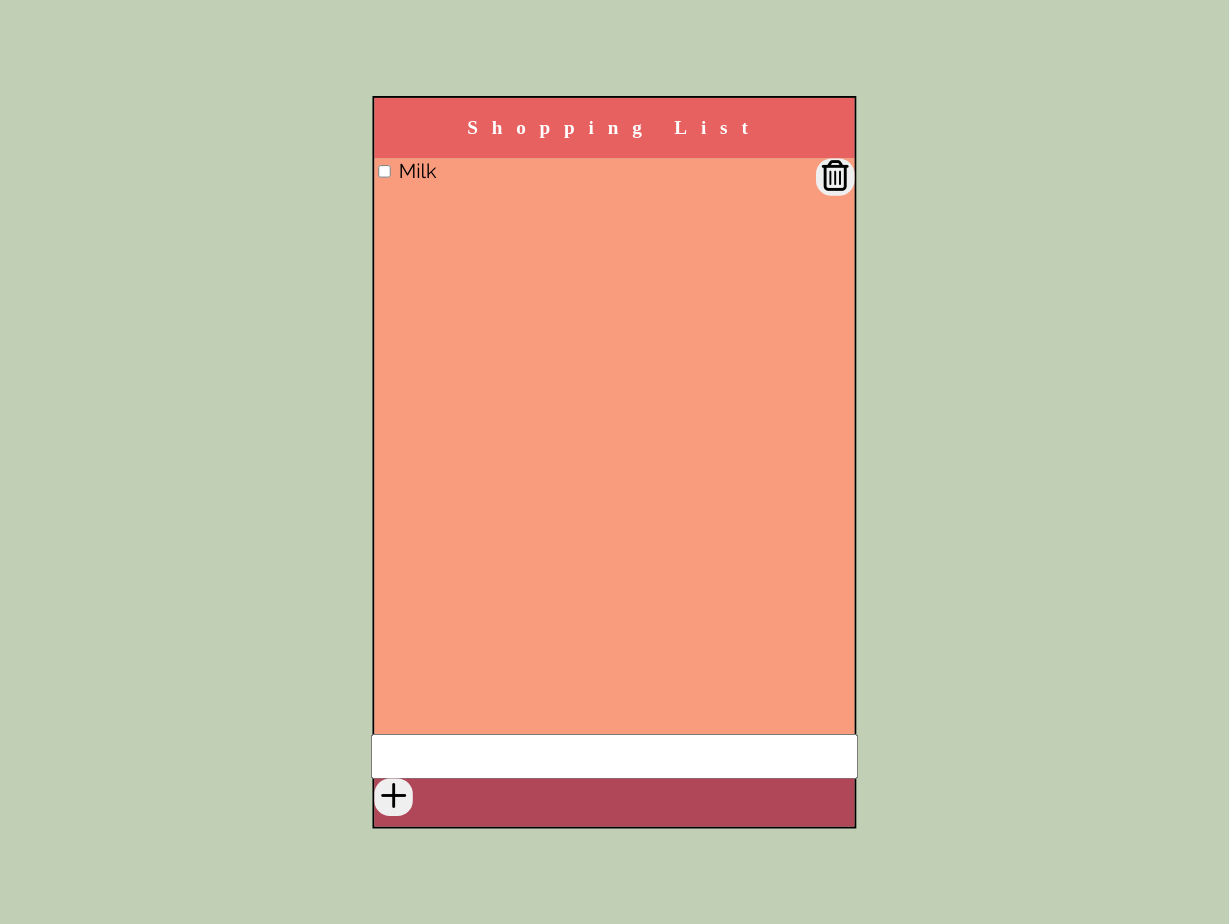
Repository: sephinejo/shopping-list-app
Page: index.html
The author's editor kept a copy of each file at every save. The page is drawn from the files as they stood at one save, then again after the next save.
The browser window is 1280 px wide. The pictures show the whole page, at 96% of full size.
Some web fonts or font styles are not loaded; a fallback is used. Some web libraries are served in a nearby version.

Above is the page before, as saved 2023-05-11 22:51:56.

### index.html
<!DOCTYPE html>
<html lang="en">
  <head>
    <meta charset="UTF-8" />
    <meta http-equiv="X-UA-Compatible" content="IE=edge" />
    <meta name="viewport" content="width=device-width, initial-scale=1.0" />
    <title>Shopping List 🛍️🛒</title>
    <link rel="preconnect" href="https://fonts.googleapis.com" />
    <link rel="preconnect" href="https://fonts.gstatic.com" crossorigin />
    <link
      href="https://fonts.googleapis.com/css2?family=Alice&family=Raleway:wght@400;600;700;800&display=swap"
      rel="stylesheet"
    />
    <script
      src="https://kit.fontawesome.com/9ac80604cb.js"
      crossorigin="anonymous"
    ></script>
    <script src="main.js" defer></script>
    <link rel="stylesheet" href="style.css" />
  </head>
  <body>
    <div class="container">
      <header>
        <p class="title">Shopping List</p>
      </header>
      <ul class="items">
        <li class="item">
          <div class="item__title">
            <input class="item__checkbox" type="checkbox" />
            <label for="item__name">Milk</label>
          </div>
          <div class="item__delete">
            <button><i class="fa-regular fa-trash-can"></i></button>
          </div>
        </li>
      </ul>
      <input class="input" type="text" />
      <footer>
        <button class="add">
          <i class="fa-regular fa-plus"></i>
        </button>
      </footer>
    </div>
  </body>
</html>

### style.css
body {
  margin: 0 auto;
  background-color: #c1d0b5;
}

.container {
  margin: 100px auto;
  width: 500px;
  border: 2px solid black;
  display: flex;
  flex-direction: column;
  align-items: center;
}

header {
  width: 100%;
  text-align: center;
  font-family: 'Alice';
  color: white;
  letter-spacing: 0.9rem;
  font-weight: 700;
  font-size: 20px;
  background-color: #e76161;
}

ul {
  background-color: #f99b7d;
  width: 100%;
  height: 600px;
  margin: 0;
  padding: 0;
}

li {
  list-style: none;
  display: flex;
  justify-content: space-between;
  font-size: 1.3rem;
  font-family: 'Raleway';
  font-weight: 500;
}

.input {
  width: 100%;
  height: 40px;
  outline: none;
  font-size: 1.4rem;
}

footer {
  height: 50px;
  background-color: #b04759;
  width: 100%;
}

button {
  border-style: none;
  border-radius: 1rem;
  cursor: pointer;
  font-size: 2rem;
  text-align: center;
}

Loaded but not shown: main.js (no copy from this time; the picture is the same without it)

After the next save:
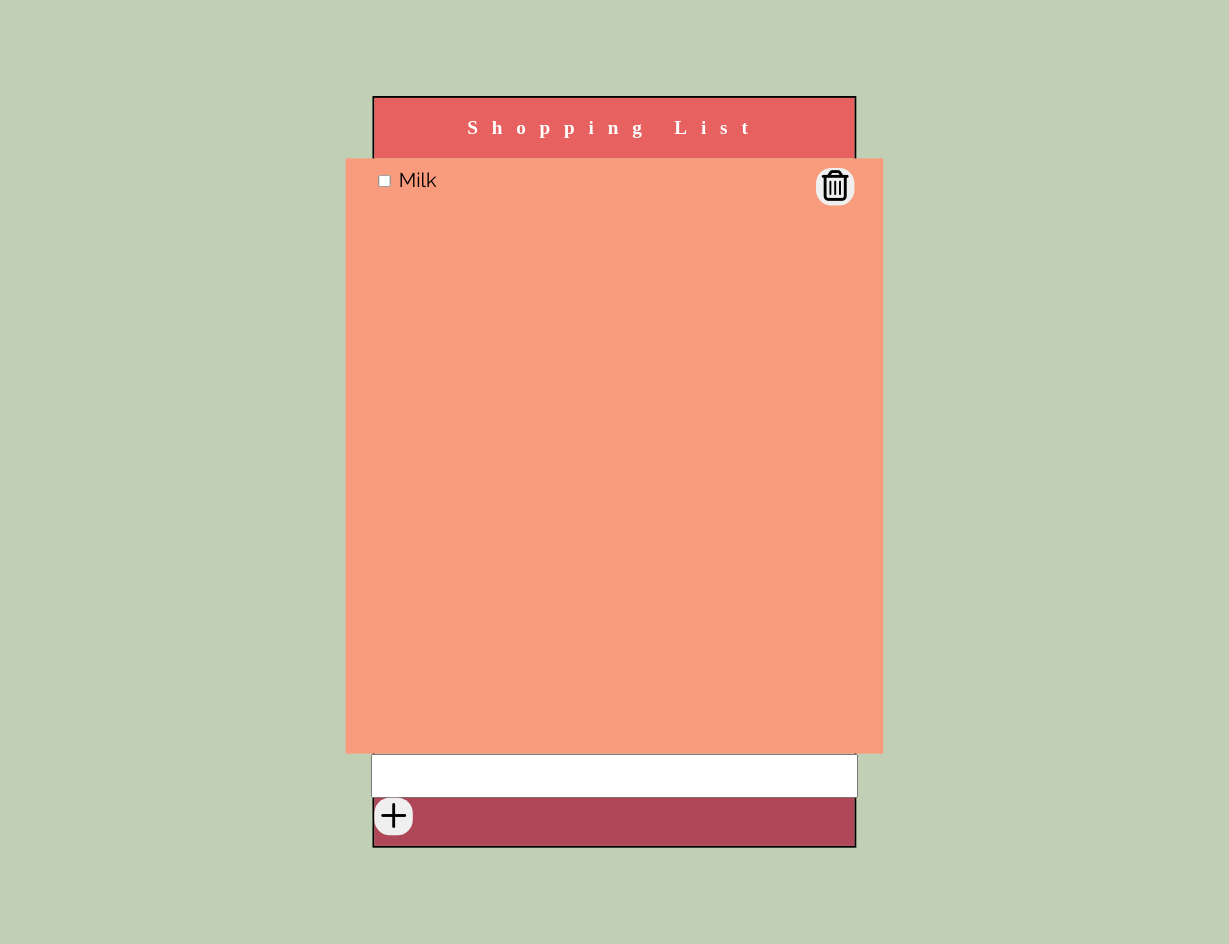
Saved 11 s later.
--- a/style.css
+++ b/style.css
@@ -28,7 +28,7 @@ ul {
   width: 100%;
   height: 600px;
   margin: 0;
-  padding: 0;
+  padding: 10px 30px;
 }
 
 li {

After the save that followed:
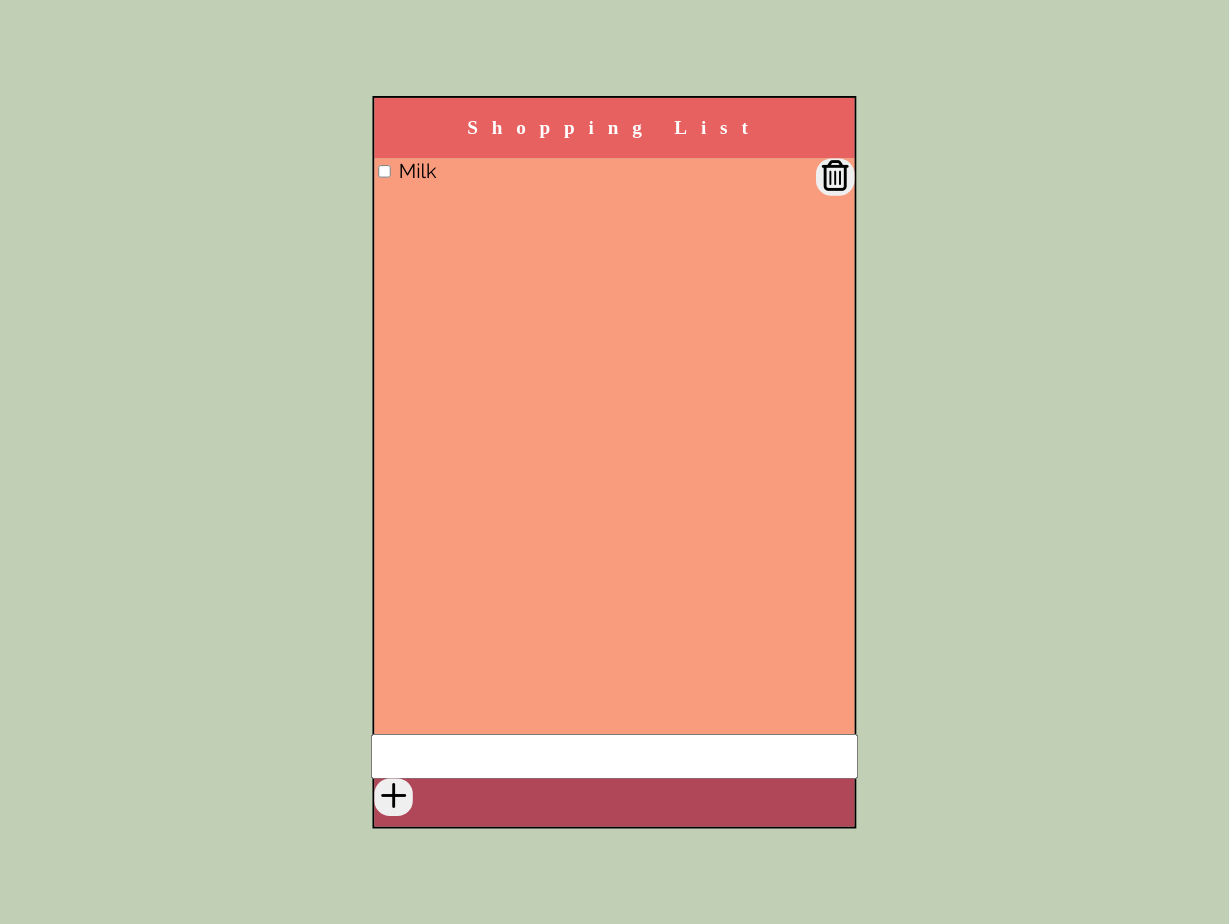
Saved 8 s later.
--- a/style.css
+++ b/style.css
@@ -28,7 +28,7 @@ ul {
   width: 100%;
   height: 600px;
   margin: 0;
-  padding: 10px 30px;
+  padding: 0;
 }
 
 li {
